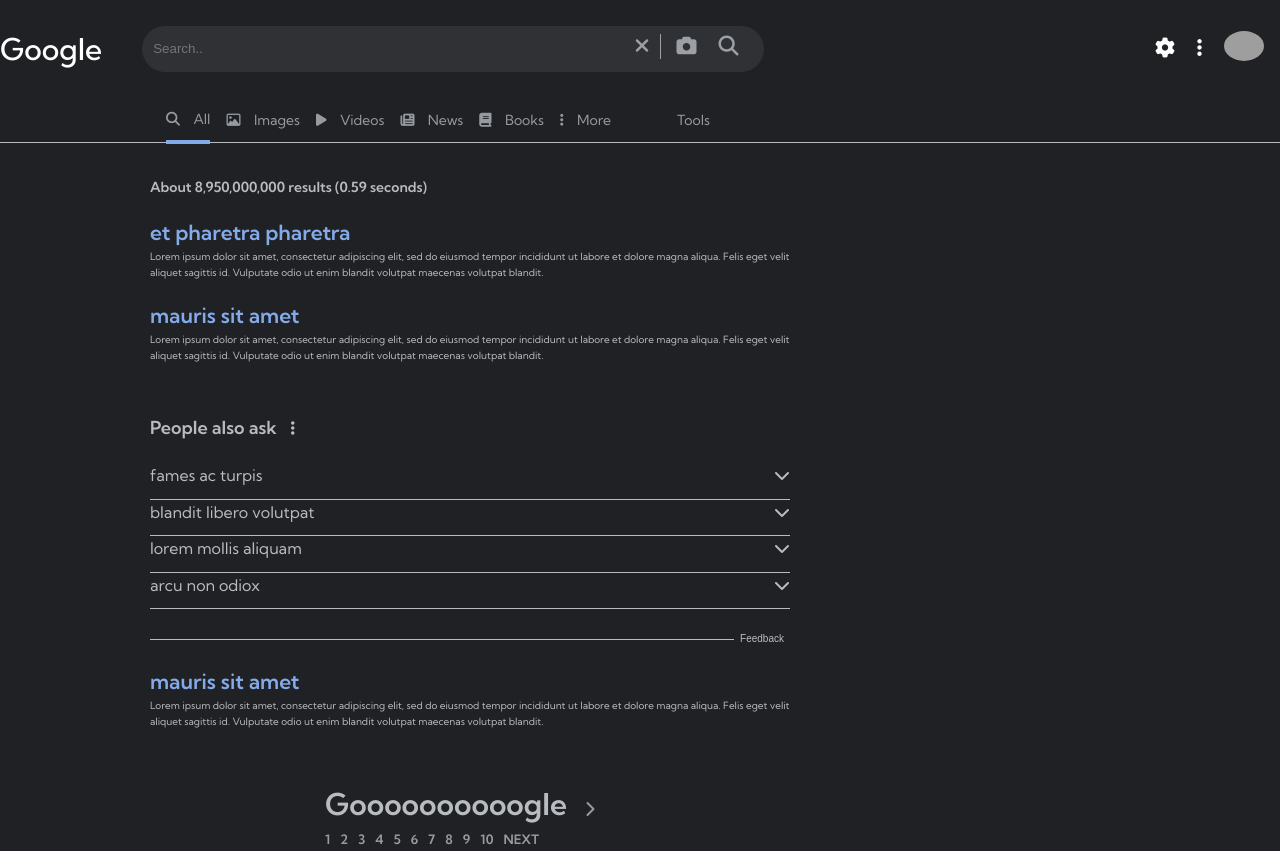
Repository: Sc-Juju/Google-clone
Page: index.html
An editor plug-in stored every save of this project. The page is shown before and after the next save, followed by the edit.
The browser window is 1280 px wide. The pictures show the whole page.
Pictures or frames that could not be fetched are drawn as grey boxes. Some web libraries are served in a nearby version.

Above is the page before, as saved 2022-11-28 18:46:37.

After the next save:
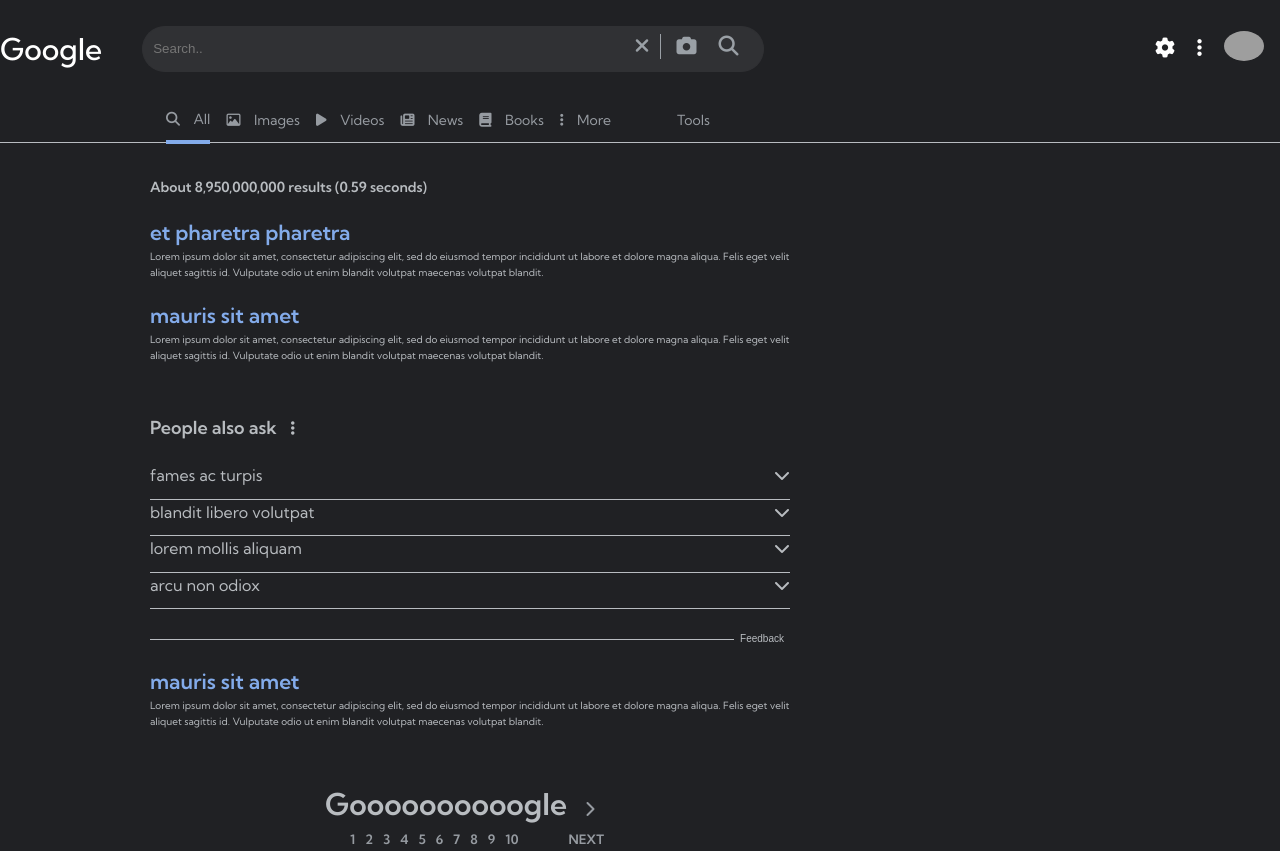
Saved 2 min 41 s later.
--- a/css/main.css
+++ b/css/main.css
@@ -209,9 +209,11 @@
 
 .footer-bottom{ display:flex ; }
 
-.footer-bottom ul{ margin-left: 325px; }
+.footer-bottom ul{ margin-left: 350px; }
 
 .footer-bottom li{
     font-size: var(--size-14);
     margin-right: var(--size-10);
 }
+
+.footer-bottom li.next{ margin-left: var(--size-40); }
